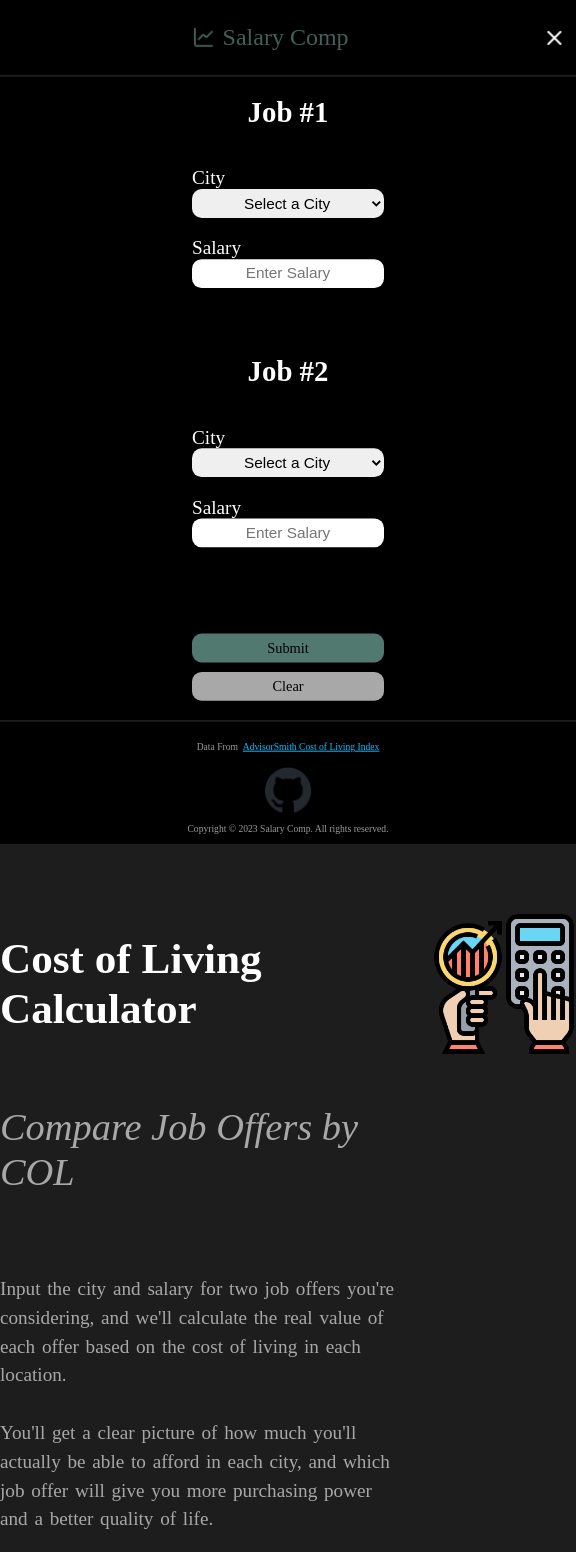
Repository: robbymcd/Salary-Comp
Page: /
An editor plug-in stored every save of this project. The page is shown before and after the next save, followed by the edit.
The browser window is 600 px wide. The pictures show the whole page, at 96% of full size.
Some web fonts or font styles are not loaded; a fallback is used. The project was rebuilt for these pictures with package versions that can differ from the ones it lists, and the page was loaded fresh each time. Also part of the build but not shown: src/Main.css, src/Main.js.

Above is the page before, as saved 2023-06-16 18:21:37.

After the next save:
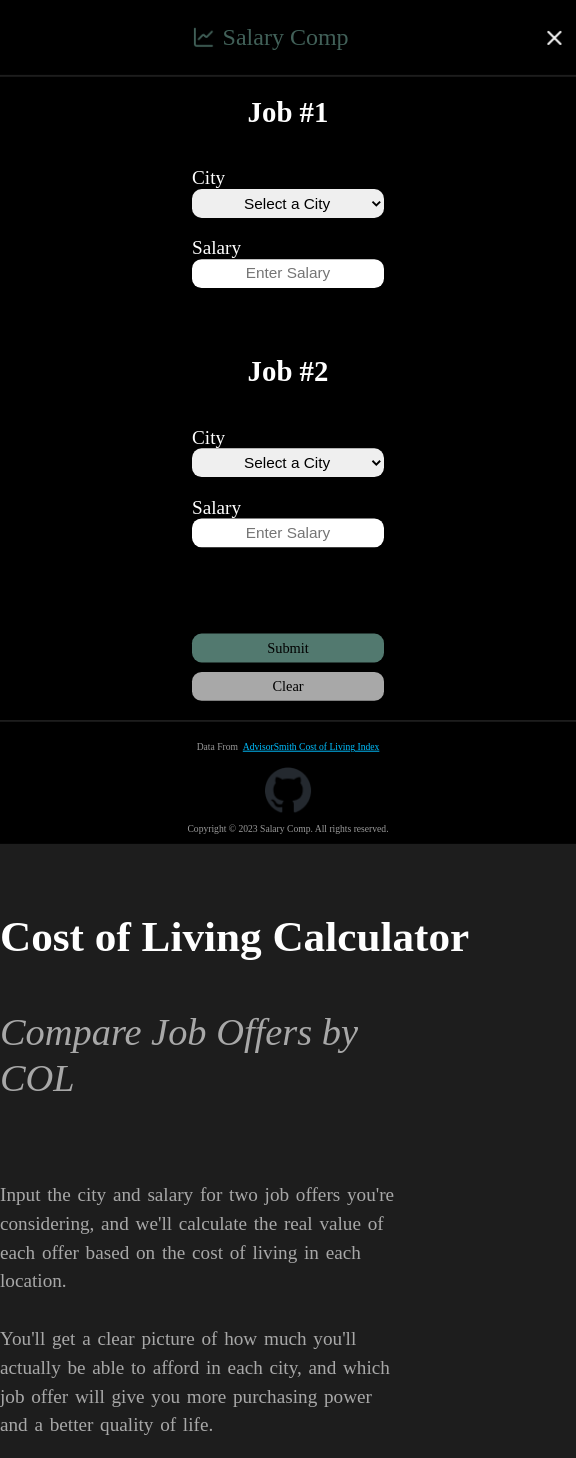
Saved 14 s later.
--- a/src/Content.css
+++ b/src/Content.css
@@ -64,4 +64,8 @@
         width: 100vw;
         justify-content: center;
     }
+
+    .calculator {
+        display: none;
+    }
 }
